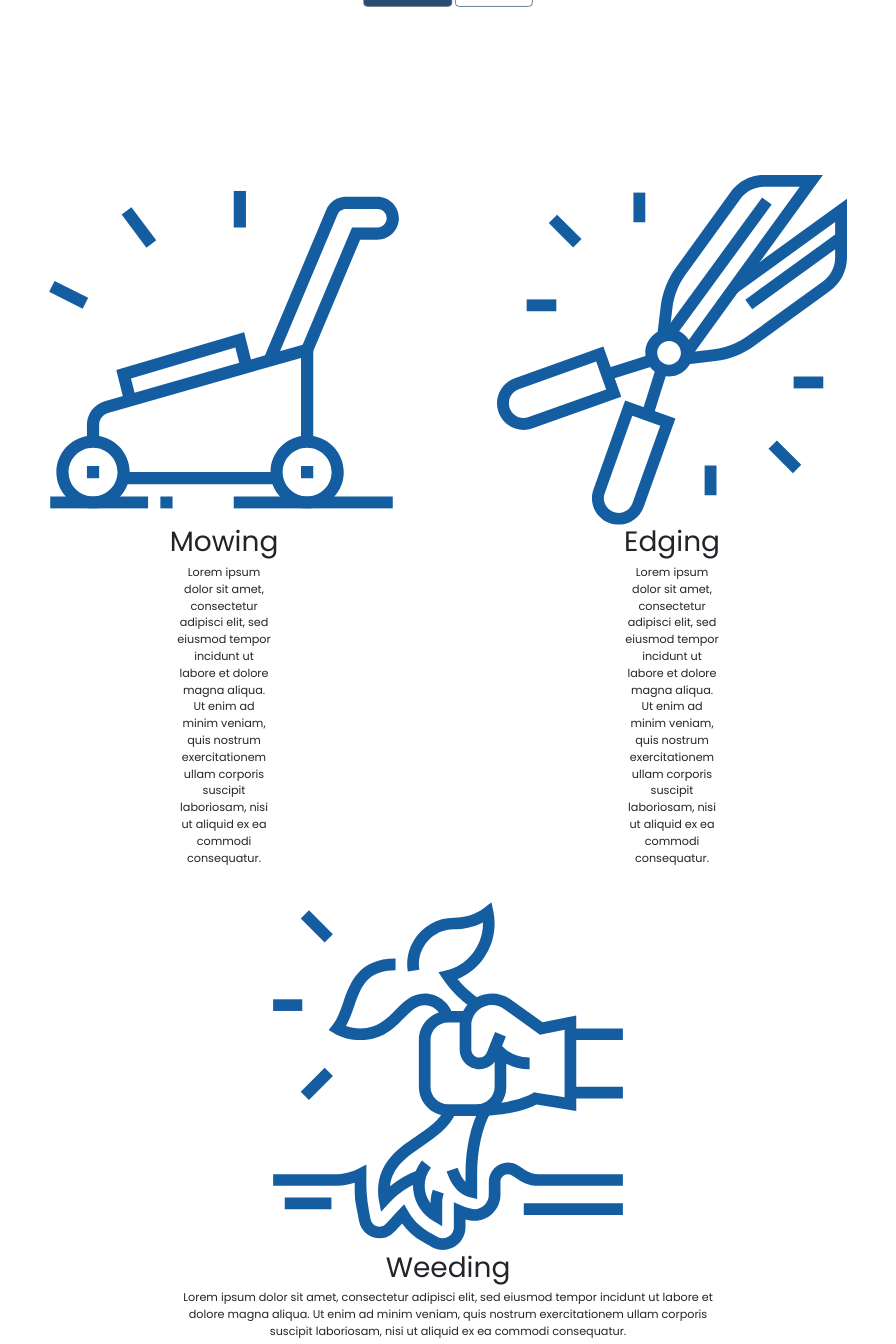
Repository: ParkerW98/Nobo
Page: docs/index.html
The author's editor kept a copy of each file at every save. The page is drawn from the files as they stood at one save, then again after the next save.
The browser window is 1280 px wide. The pictures show the part of the page from y = 474 to 2394 px (the page is 5860 px tall before and 4180 px after), at 70% of full size.

Above is the page before, as saved 2024-01-22 15:23:24.

### docs/index.html
<!doctype html>
<html lang="en">
    <head>
        <title>Nobo Landscaping - Home Page</title>
        <!-- Meta tags -->
        <meta charset="UTF-8">
        <meta http-equiv="X-UA-Compatible" content="IE-=Edge">
        <meta name="viewport" content="width=device-width, initial-scale=1.0">
        <meta name="author" content="Parker Williams">
        <meta name="title" content="Nobo Landscaping">
        <meta name="description" content="Professional landscaping services brought to you by Nobo
        Landscaping">
        <meta name="keywords" content="Landscaping, Mowing, Edging, Blowing, Pressure washing,
        Gutter cleaning, Mulching, Weeding, Snow removal, Over seeding, Spring clean,
        Thatching, Aerating">

        <!-- Bootstrap CSS v5.3.2 -->
        <link
            href="https://cdn.jsdelivr.net/npm/bootstrap@5.3.2/dist/css/bootstrap.min.css"
            rel="stylesheet"
            integrity="sha384-T3c6CoIi6uLrA9TneNEoa7RxnatzjcDSCmG1MXxSR1GAsXEV/Dwwykc2MPK8M2HN"
            crossorigin="anonymous"
        />
        <link
            rel="stylesheet"
            href="https://cdn.jsdelivr.net/npm/bootstrap-icons@1.11.3/font/bootstrap-icons.min.css">

            <link rel="stylesheet" href="./index.css">

            <link rel="preconnect" href="https://fonts.googleapis.com">
            <link rel="preconnect" href="https://fonts.gstatic.com" crossorigin>
            <link href="https://fonts.googleapis.com/css2?family=Poppins:wght@300;400&display=swap" rel="stylesheet">

    </head>

    <body>
        <header>
        <div class="container-fluid">
            <div class="row">
                <div class="col-sm align-self-center" id="cta">
                    <a class="btn btn-primary" href="#book-now" role="button">BOOK NOW</a>
                </div>
                <div class="col-md-7 align-self-center">
                    <div class="banner" id="top-page">
                        <a>
                            <img
                            src="./assets/Nobo banner 1.svg"
                            class="img-fluid"
                            alt="Nobo logo banner"
                            >
                        </a>
                    </div>
                </div>
                <div class="col-sm align-self-center">
                </div>
            </div>
        </div>
        </header>
        <main>
            <div class="container-fluid greeting">
                <h1 id="quality-tag">QUALITY THAT IS GUARANTEED</h1>
                <h2 id="tag-line">Landscaping done the NOBO way<br>
                                    the way it should be</h2>
                <div class="mid-buttons">
                    <a class="btn btn-secondary left-button" href="#book-now" role="button">GET A QUOTE</a>
                    <a class="btn btn-secondary right-button" href="#book-now" role="button">OUR WORK</a>
                </div>
            </div>

            <div class="container-fluid text-center services">
                <div class="row">
                    <div class="col-sm">
                        <a>
                            <img
                            src="./assets/Services-icons/Mowing.svg"
                            class="img-fluid text-center service-icons"
                            alt="Mowing Icon"
                            >
                        </a>
                        <h1>Mowing</h1>
                        <p class="text-center service-text">Lorem ipsum dolor sit amet, consectetur adipisci elit,
                            sed eiusmod tempor incidunt ut labore et dolore magna aliqua. Ut enim ad minim veniam,
                            quis nostrum exercitationem ullam corporis suscipit laboriosam, nisi ut aliquid ex ea commodi consequatur.</p>
                    </div>
                    <div class="col-sm">
                        <a>
                            <img
                            src="./assets/Services-icons/Edging.svg"
                            class="img-fluid text-center service-icons"
                            alt="Edging Icon"
                            >
                        </a>
                        <h1>Edging</h1>
                        <p class="text-center service-text">Lorem ipsum dolor sit amet, consectetur adipisci elit,
                            sed eiusmod tempor incidunt ut labore et dolore magna aliqua. Ut enim ad minim veniam,
                            quis nostrum exercitationem ullam corporis suscipit laboriosam, nisi ut aliquid ex ea commodi consequatur.</p>
                    </div>
                    <div class="col-sm">
                        <a>
                            <img
                            src="./assets/Services-icons/Weeding.svg"
                            class="img-fluid text-center service-icons"
                            alt="Weeding Icon"
                            >
                        </a>
                        <h1>Weeding</h1>
                        <p class="text-center service-text">Lorem ipsum dolor sit amet, consectetur adipisci elit,
                            sed eiusmod tempor incidunt ut labore et dolore magna aliqua. Ut enim ad minim veniam,
                            quis nostrum exercitationem ullam corporis suscipit laboriosam, nisi ut aliquid ex ea commodi consequatur.</p>
                    </div>
                </div>
                <div class="row">
                    <div class="col-sm">
                        <a>
                            <img
                            src="./assets/Services-icons/Pressure Washing.svg"
                            class="img-fluid text-center service-icons"
                            alt="Pressure Washing Icon"
                            >
                        </a>
                        <h1>Pressure Washing</h1>
                        <p class="text-center service-text">Lorem ipsum dolor sit amet, consectetur adipisci elit,
                            sed eiusmod tempor incidunt ut labore et dolore magna aliqua. Ut enim ad minim veniam,
                            quis nostrum exercitationem ullam corporis suscipit laboriosam, nisi ut aliquid ex ea commodi consequatur.</p>
                    </div>
                    <div class="col-sm">
                        <a>
                            <img
                            src="./assets/Services-icons/Gutter Cleaning.svg"
                            class="img-fluid text-center service-icons"
                            alt="Gutter Cleaning Icon"
                            >
                        </a>
                        <h1>Gutter Cleaning</h1>
                        <p class="text-center service-text">Lorem ipsum dolor sit amet, consectetur adipisci elit,
                            sed eiusmod tempor incidunt ut labore et dolore magna aliqua. Ut enim ad minim veniam,
                            quis nostrum exercitationem ullam corporis suscipit laboriosam, nisi ut aliquid ex ea commodi consequatur.</p>
                    </div>
                    <div class="col-sm">
                        <a>
                            <img
                            src="./assets/Services-icons/Mulching.svg"
                            class="img-fluid text-center service-icons"
                            alt="Mulching Icon"
                            >
                        </a>
                        <h1>Mulching</h1>
                        <p class="text-center service-text">Lorem ipsum dolor sit amet, consectetur adipisci elit,
                            sed eiusmod tempor incidunt ut labore et dolore magna aliqua. Ut enim ad minim veniam,
                            quis nostrum exercitationem ullam corporis suscipit laboriosam, nisi ut aliquid ex ea commodi consequatur.</p>
                    </div>
                </div>
                <div class="row">
                    <div class="col-sm">
                        <a>
                            <img
                            src="./assets/Services-icons/Snow Removal.svg"
                            class="img-fluid text-center service-icons"
                            alt="Snow Removal Icon"
                            >
                        </a>
                        <h1>Snow Removal</h1>
                        <p class="text-center service-text">Lorem ipsum dolor sit amet, consectetur adipisci elit,
                            sed eiusmod tempor incidunt ut labore et dolore magna aliqua. Ut enim ad minim veniam,
                            quis nostrum exercitationem ullam corporis suscipit laboriosam, nisi ut aliquid ex ea commodi consequatur.</p>
                    </div>
                    <div class="col-sm">
                        <a>
                            <img
                            src="./assets/Services-icons/Over Seeding.svg"
                            class="img-fluid text-center service-icons"
                            alt="Over Seeding Icon"
                            >
                        </a>
                        <h1>Over Seeding</h1>
                        <p class="text-center service-text">Lorem ipsum dolor sit amet, consectetur adipisci elit,
                            sed eiusmod tempor incidunt ut labore et dolore magna aliqua. Ut enim ad minim veniam,
                            quis nostrum exercitationem ullam corporis suscipit laboriosam, nisi ut aliquid ex ea commodi consequatur.</p>
                    </div>
                    <div class="col-sm">
                        <a>
                            <img
                            src="./assets/Services-icons/Thatching.svg"
                            class="img-fluid text-center service-icons"
                            alt="Thatching Icon"
                            >
                        </a>
                        <h1>Thatching</h1>
                        <p class="text-center service-text">Lorem ipsum dolor sit amet, consectetur adipisci elit,
                            sed eiusmod tempor incidunt ut labore et dolore magna aliqua. Ut enim ad minim veniam,
                            quis nostrum exercitationem ullam corporis suscipit laboriosam, nisi ut aliquid ex ea commodi consequatur.</p>
                    </div>
                </div>
            </div>
        </main>
        <footer>

        </footer>
        <!-- Bootstrap JavaScript Libraries -->
        <script
            src="https://cdn.jsdelivr.net/npm/@popperjs/core@2.11.8/dist/umd/popper.min.js"
            integrity="sha384-I7E8VVD/ismYTF4hNIPjVp/Zjvgyol6VFvRkX/vR+Vc4jQkC+hVqc2pM8ODewa9r"
            crossorigin="anonymous"
        ></script>

        <script
            src="https://cdn.jsdelivr.net/npm/bootstrap@5.3.2/dist/js/bootstrap.min.js"
            integrity="sha384-BBtl+eGJRgqQAUMxJ7pMwbEyER4l1g+O15P+16Ep7Q9Q+zqX6gSbd85u4mG4QzX+"
            crossorigin="anonymous"
        ></script>
    </body>
</html>

### docs/index.css
body {
    font-family: 'Poppins', sans-serif;
}

.banner {
    text-align: center;
}

#cta {
    text-align: center;
}

header {
    background-color: #f5f5f5;
}

.btn-primary {
    background-color: #eb5050;
    border-color: #eb5050;
    padding: .5em;
    padding-left: 1em;
    padding-right: 1em;
    font-size: 1.55em;
}

.btn-primary:hover {
    background-color: #C74444;
    border-color: #C74444;
}

.greeting {

}

#quality-tag {
    margin-top: 10em;
    text-align: center;
    font-size: 1.3em;
    letter-spacing: .2em;
    color:#C74444;
}

#tag-line {
    margin-top: 0.5em;
    text-align: center;
    font-size: 2.3em;
    letter-spacing: .05em;
    color: #2A4B73;
}

.mid-buttons {
    margin-top: 1em;
    text-align: center;
    margin-bottom: 15em;
}

.left-button {
    background-color: #2A4B73;
}

.left-button:hover {
    background-color: #1D344F;
}

.right-button {
    background-color: transparent;
    border-color: #2A4B73;
    color:#2A4B73
}

.right-button:hover {
    background-color: #f5f5f5;
    color: #1D344F;
}

.services {
    margin-top: 10em;
}

.service-text {
    margin-left: 15em;
    margin-right: 15em;
    margin-bottom: 3em;
}

/* Mobile properties */

@media (max-width: 990px) {
    .btn-primary {
        padding: .35em;
        padding-left: .7em;
        padding-right: .7em;
        font-size: .90em;
    }

    .btn-primary:hover {
        padding: .35em;
        padding-left: .7em;
        padding-right: .7em;
        font-size: .90em;
    }
}

@media (max-width: 767px) {

    #cta {
        display: none;
    }

    #quality-tag {
        margin-top: 5em;
        text-align: center;
        font-size: 0.9em;
        letter-spacing: .2em;
        color:#C74444;
    }

    #tag-line {
        margin-top: 0.5em;
        text-align: center;
        font-size: 1.5em;
        letter-spacing: .05em;
        color: #2A4B73;
    }

    .mid-buttons {
        margin-top: 1em;
        text-align: center;
    }

    .left-button {
        background-color: #2A4B73;
        padding: .35em;
        padding-left: .7em;
        padding-right: .7em;
        font-size: .90em;
    }

    .left-button:hover {
        background-color: #1D344F;
    }

    .right-button {
        background-color: transparent;
        border-color: #2A4B73;
        color:#2A4B73;
        padding: .35em;
        padding-left: .7em;
        padding-right: .7em;
        font-size: .90em;
    }

    .right-button:hover {
        background-color: #f5f5f5;
        color: #1D344F;
    }
}

After the next save:
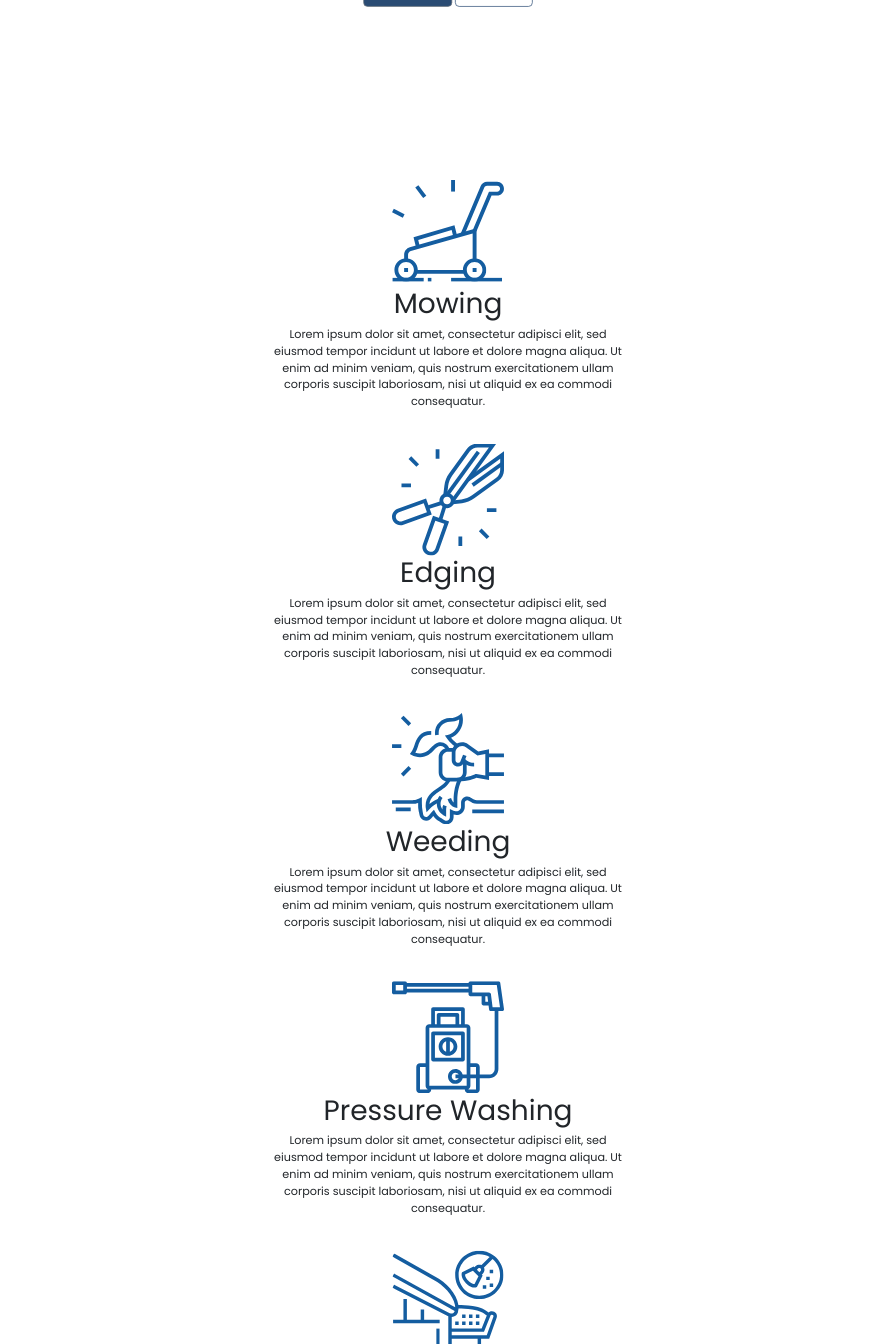
Saved 10 s later.
--- a/docs/index.css
+++ b/docs/index.css
@@ -26,6 +26,11 @@
 .btn-primary:hover {
     background-color: #C74444;
     border-color: #C74444;
+}
+
+main {
+    margin-right: 13em;
+    margin-left: 13em;
 }
 
 .greeting {
@@ -78,9 +83,14 @@
 }
 
 .service-text {
-    margin-left: 15em;
-    margin-right: 15em;
+    margin-left: 10em;
+    margin-right: 10em;
     margin-bottom: 3em;
+}
+
+.service-icons {
+    width: 10em;
+    height: 10em;
 }
 
 /* Mobile properties */
